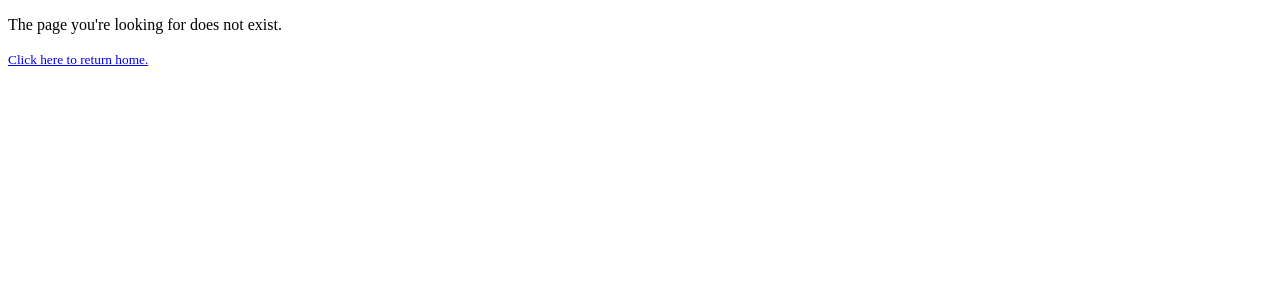
Repository: JoeyTatu/CodeFromAWSCloud9
Page: error.html
The author's editor kept a record of every edit. The page is drawn from the files as they stood at one moment, then again after the next edit.
The browser window is 1280 px wide. The pictures show the whole page.

Above is the page before.

After the next edit:
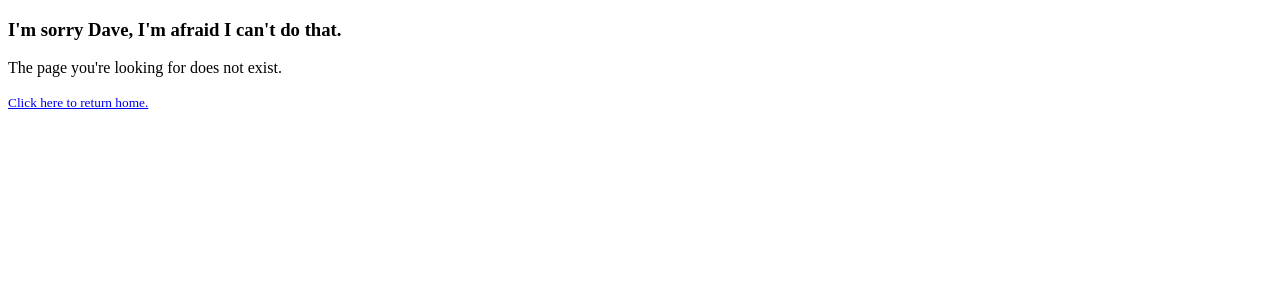
The edit:
--- a/error.html
+++ b/error.html
@@ -6,6 +6,7 @@
 </head>
 
 <body>
+<h3>I'm sorry Dave, I'm afraid I can't do that.</h3>
 <p>The page you're looking for does not exist.</p>
 <p><a href="/artist/home.php"><small>Click here to return home.</small></a></p>
 
